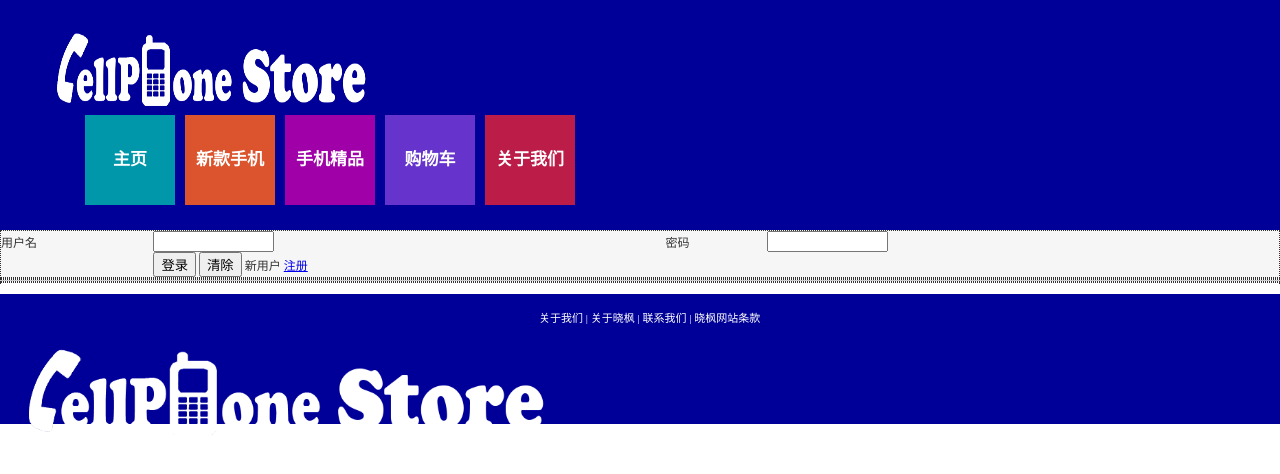
Repository: Jefsky/phonemarket
Page: http://localhost/phonemarket/user/index.jsp
An editor plug-in stored every save of this project. The page is shown before and after the next save, followed by the edit.
The browser window is 1280 px wide. The pictures show the whole page.
The page is served by Tomcat 9. Other server files are loaded and not shown. Queries for data that is not in the repository find no rows.

Above is the page before, as saved 2014-06-26 01:55:54.

### phonemarket/phonemarket/WebContent/user/index.jsp
<%@ page language="java" contentType="text/html; charset=UTF-8"
    pageEncoding="UTF-8"%>
    <%@ page import="cn.huateng.dao.impl.PhoneInfoDAOImpl,cn.huateng.bean.Phone,java.util.ArrayList,cn.huateng.bean.Company,cn.huateng.dao.impl.CompanyDAOImpl" %>
<!DOCTYPE html PUBLIC "-//W3C//DTD HTML 4.01 Transitional//EN" "http://www.w3.org/TR/html4/loose.dtd">
<html>
<head>
<meta http-equiv="Content-Type" content="text/html; charset=UTF-8">
<link rel="stylesheet" type="text/css" href="../css/main.css">
<title>化腾晓枫手机商城官网</title>
</head>
<body>
<%
	String op = request.getParameter("op");
	if("exit".equals(op)){
		session.removeAttribute("userid");
	}
	String error = request.getParameter("error");
	if(error!=null&&"queryUP_er".equals(error)){
%>
	<script type="text/javascript">
		alert("用户名或者密码错误");
	</script>
<%
	}
	if(error!=null&&"pwedit_error".equals(error)){
%>
	<script type="text/javascript">
		alert("用户密码修改失败");
	</script>
<%
	}
	if(error!=null&&"userInfoEdit_error".equals(error)){
%>
	<script type="text/javascript">
		alert("用户个人信息修改失败");
	</script>
<%
	}
%>

<div >
					<jsp:include page="top.jsp" />
					<jsp:include page="login.jsp"/>

</div>

		<table width="100%" border="0" cellpadding="0" cellspacing="0"
										class="td">
	<%
		PhoneInfoDAOImpl phoneInfoDAOImpl = new PhoneInfoDAOImpl();
		ArrayList<Phone> ls_ephone = phoneInfoDAOImpl.queryPhoneByType(1);
		if(ls_ephone!=null){
			for(int i=0; i<(ls_ephone.size()>4?4:ls_ephone.size()); ){
	%>
								<tr>
	<%
		int count = 2;
		while(count>0){
			if(i<ls_ephone.size()){
				Phone phone = ls_ephone.get(i);
				i++;
	%>
	<td width="50%">
	<table width="100%" border="0" cellpadding="0" cellspacing="0"
										class="td">
											<tr>
												<td  width="30%" rowspan="5">
													<a href="phonedetail.jsp?phoneid=<%=phone.getPhoneid()%>">
													<img src="../image/<%=phone.getPicture() %>" width="230"
													height="323" border="0"></a>
												</td>

												<td width="80"><div align="left">型号</div></td>
												<td ><%=phone.getPhonename() %></td>
											</tr>
											<tr>
												<td width="80"><div align="left">平台</div></td>
												<td ><%=phone.getPlatform() %></td>
											</tr>
											<tr>
												<td><div align="left">公司</div></td>
<%
	CompanyDAOImpl companyDAOImpl =new CompanyDAOImpl();
	Company company = companyDAOImpl.cQueryById(phone.getCompanyid());
	if(company!=null){
%>
												<td width="80"><%=company.getName() %></td>
<%
	}
%>
											</tr>
											<tr>
												<td width="80"><div align="left">屏幕</div></td>
												<td ><%=phone.getDisplay() %>英寸</td>
											</tr>
											<tr>
												<td width="80"><div align="left">定价</div></td>
												<td><%=phone.getPrice() %>元</td>
											</tr>
											<tr>
												<td colspan="2"><div align="center" float="right">
													<a href="/phonemarket/AddtoCartServlet?phoneid=<%=phone.getPhoneid()%>">放入购物车</a>&nbsp;&nbsp;
													<a href="phonedetail.jsp?phoneid=<%=phone.getPhoneid() %>">查看详情</a>
												</div></td>
											</tr>
										</table>
									</td>

<%
			}else{
%>
						<td width="50%"></td>
<%
			}
		count--;
		}
%>
				</tr>
<%
			}
		}
%>

		    				</table>
		    			</td>
		    			<td width="1" bgcolor="#999999"></td>
		    		</tr>
		    		<tr bgcolor="#999999"><td height="1" colspan="3" nowrap></td>
		    		</tr>
		    	</table>
		    	<table width="100%" border="0" cellspacing="0" cellpadding="0">
			    		<tr>
		    			<td height="1" nowrap bgcolor="#CCCCCC"></td>
		    		</tr>
		    	</table>
		    	<table width="100%" border="0" cellspacing="0" cellpadding="0">
		    		<tr bgcolor="#999999"></tr>
		    		<tr>
		    			<td width="0" nowrap bgcolor="#999999"></td>
		    			<td>
		    				<table width="100%" border="0" cellspacing="0" cellpadding="0" class="td">

	<%
		PhoneInfoDAOImpl phoneInfoDAOImpl2 = new PhoneInfoDAOImpl();
		ArrayList<Phone> ls_ephone2 = phoneInfoDAOImpl2.queryPhoneByType(2);
		if(ls_ephone!=null){
			for(int i=0; i<(ls_ephone2.size()>4?4:ls_ephone2.size()); ){
	%>
								<tr>
	<%
		int count = 2;
		while(count>0){
			if(i<ls_ephone2.size()){
				Phone phone2 = ls_ephone2.get(i);
				i++;
	%>

									<td width="50%">
										<table width="100%" border="0" cellpadding="0" cellspacing="0"
										class="td">
											<tr>
												<td width="30%" rowspan="5">
													<a href="phonedetail.jsp?phoneid=<%=phone2.getPhoneid()%>">
													<img src="../image/<%=phone2.getPicture() %>" width="230"
													height="323" border="0"></a>
												</td>
												<td width="25%"><div align="left">型号</div></td>
												<td><%=phone2.getPhonename() %></td>
											</tr>
											<tr>
												<td width="25%"><div align="left">平台</div></td>
												<td><%=phone2.getPlatform() %></td>
											</tr>
											<tr>
												<td width="25%"><div align="left">公司</div></td>
<%
	CompanyDAOImpl companyDAOImpl2 =new CompanyDAOImpl();
	Company company2 = companyDAOImpl2.cQueryById(phone2.getCompanyid());
	if(company2!=null){
%>
												<td><%=company2.getName() %></td>
<%
	}
%>
											</tr>
											<tr>
												<td width="25%"><div align="left">屏幕</div></td>
												<td><%=phone2.getDisplay() %>英寸</td>
											</tr>
											<tr>
												<td width="25%"><div align="left">定价</div></td>
												<td><%=phone2.getPrice() %>元</td>
											</tr>
											<tr>
												<td colspan="2"><div align="center">
													<a href="/phonemarket/AddtoCartServlet?phoneid=<%=phone2.getPhoneid()%>">放入购物车</a>&nbsp;&nbsp;
													<a href="phonedetail.jsp?phoneid=<%=phone2.getPhoneid() %>">查看详情</a>
												</div></td>
											</tr>
										</table>
									</td>

<%
			}else{
%>
						<td width="50%"></td>
<%
			}
		count--;
		}
%>
				</tr>
<%
			}
		}
%>

		    				</table>





<div>
					<jsp:include page="bottom.jsp" />
</div>
</body>
</html>

### phonemarket/phonemarket/WebContent/user/top.jsp
<%@ page language="java" contentType="text/html; charset=UTF-8"
    pageEncoding="UTF-8"%>
<!DOCTYPE html PUBLIC "-//W3C//DTD HTML 4.01 Transitional//EN" "http://www.w3.org/TR/html4/loose.dtd">
<html>
<head>
<meta http-equiv="Content-Type" content="text/html; charset=UTF-8">
<title>Cellphone Store</title>
<link rel="stylesheet" type="text/css" href="../css/top.css"/>
</head>
<body>
<div class = "navigation">
	<div id="logo">
		<span><img src="../image/logo.png" width="350" height="85"></span>
	</div>
	<ul id="color">
		<li class = "color1"><a href = "index.jsp">主页</a></li>
		<li><a>新款手机</a></li>
		<li class = "color2"><a href = "../admin/index.jsp">手机精品</a></li>
		<li class = "color3"><a href = "shoppingcart.jsp">购物车</a></li>
		<li class = "color4"><a href = "#">关于我们</a></li>
	</ul>


</div>

</body>
</html>

### phonemarket/phonemarket/WebContent/user/login.jsp
<%@ page contentType="text/html; charset=utf-8" language="java" import="java.sql.*" errorPage="" %>
<!DOCTYPE html PUBLIC "-//W3C//DTD XHTML 1.0 Transitional//EN" "http://www.w3.org/TR/xhtml1/DTD/xhtml1-transitional.dtd">
<html xmlns="http://www.w3.org/1999/xhtml">
<head>
<meta http-equiv="Content-Type" content="text/html; charset=utf-8" />
<title>login</title>
<SCRIPT LANGUAGE="javascript">
<!--
	function CheckSubmit(thisform){ //focus()方法，将光标定位于输出栏目
		with(thisform){
			if(userid.value==null || userid.value=="" ){
				alert("请输入用户名!");
				userid.focus();
				return false;
			}else if(userid.value.indexOf("'")!=-1){
				alert("用户名不能包含单引号,空格等字符!");
				userid.focus();
				return false;
			}
			if(password.value==null || password.value=="" ){
				alert("请输入密码!");
				password.focus();
				return false;
			}
		}
		return true;
	}
//-->
</SCRIPT>
</head>

<body>
<%
	String s_userid=(String)session.getAttribute("userid");
	if(s_userid==null){
%>
<form name="loginform" action="/phonemarket/QueryByIdPwServlet" method="post" onsubmit="return CheckSubmit(this)">
	<table width="100%" border="0" cellpadding="0" cellspacing="0" bgcolor="#f6f6f6" class="td">
		<tr>
			<td>用户名</td>
			<td><input name="userid" type="text" class="formtext" size="12"></td>
			<td >密码</td>
			<td ><input name="password" type="password" class="formtext" size="12"></td>
		</tr>
		<tr>
			<td>&nbsp;</td>
			<td colspan="4">
			 <input name="loginbutton" type="submit" value="登录">
			 <input type="reset" value="清除">
			 	新用户&nbsp;<a href="register.jsp">注册</a>
			</td>
		</tr>
	</table>
</form>
<%
	}else{
%>
	<table width="100%" border="0" cellpadding="0" bgcolor="#f6f6f6" class="td">
		<tr>
			<td width="30" colspan="4">&nbsp&nbsp&nbsp您好！<%=s_userid %>
			欢迎来到化腾晓枫手机商城</td>
		</tr>
		<tr>
			<td><a href="passwordedit.jsp">&nbsp&nbsp&nbsp修改登陆密码</a></td>
			<td><a href="userinfoedit.jsp">维护个人信息</a></td>
			<td><a href="myorder.jsp">查看历史订单</a></td>
			<td><a href="shoppingcart.jsp">查看购书车</a></td>
			<td><a href="index.jsp?op=exit">注销退出</a></td>
	</table>
<%
	}
%>
</body>
</html>

### phonemarket/phonemarket/WebContent/user/bottom.jsp
<%@ page language="java" contentType="text/html; charset=GB18030"
    pageEncoding="GB18030"%>
<!DOCTYPE html PUBLIC "-//W3C//DTD HTML 4.01 Transitional//EN" "http://www.w3.org/TR/html4/loose.dtd">
<html>
<head>
<link rel="stylesheet" type="text/css" href="../css/bottom.css">
<meta http-equiv="Content-Type" content="text/html; charset=ISO-8859-1">
<title>bottom</title>
</head>
<body>
<div class="foot">

 <p>&nbsp&nbsp&nbsp&nbsp&nbsp&nbsp 关于我们 | 关于晓枫 | 联系我们 | 晓枫网站条款</p>
<div id="logo">
		<span><img src="../image/logo.png" width="584" height="100px"></span>
	</div>
</div>
</body>
</html>

### phonemarket/phonemarket/src/cn/huateng/dao/impl/PhoneInfoDAOImpl.java
package cn.huateng.dao.impl;

	import java.sql.Connection;
import java.sql.PreparedStatement;
import java.sql.ResultSet;
import java.sql.SQLException;
import java.util.ArrayList;



import cn.huateng.bean.Phone;
import cn.huateng.dbc.DBConnection;

	public class PhoneInfoDAOImpl {
		public int insertPhone(Phone phone){
			int line=0;
			Connection conn=null;
			PreparedStatement ppsm=null;
			DBConnection dbconn=new DBConnection();
			if(dbconn!=null){
				conn=dbconn.getConn();
				if(conn!=null){
					String sql="insert into phone(phoneid,phonename,platform,weight,display,camera,ram,massmenory,companyid,price,quantity,picture,type) values(?,?,?,?,?,?,?,?,?,?,?,?,?)";
					try{
						ppsm =conn.prepareStatement(sql);
						ppsm.setString(1,phone.getPhoneid());
						ppsm.setString(2,phone.getPhonename());
						ppsm.setString(3,phone.getPlatform());
						ppsm.setString(4,phone.getWeight());
						ppsm.setString(5,phone.getDisplay());
						ppsm.setString(6,phone.getCamera());
						ppsm.setString(7,phone.getRam());
						ppsm.setString(8,phone.getMassmenory());
						ppsm.setInt(9,phone.getCompanyid());
						ppsm.setFloat(10,phone.getPrice());
						ppsm.setInt(11,phone.getQuantity());
						ppsm.setString(12,phone.getPicture());
						ppsm.setInt(13,phone.getType());
						line= ppsm.executeUpdate();
						}catch(SQLException e){
						e.printStackTrace();
						}finally{
							try {
								if(ppsm!=null){
										ppsm.close();
									}
								conn.close();}
							catch (SQLException e) {
								// TODO Auto-generated catch block
								e.printStackTrace();
							}
						}

				}
			}
			return line;
		}
		public ArrayList<Phone> queryPhone(){
			ArrayList<Phone> phoneList=new ArrayList<Phone>();
			Connection conn=null;
			Phone phone;
			PreparedStatement ppsm=null;
			ResultSet rs = null;
			DBConnection dbconn=new DBConnection();
				if(dbconn!=null){
					conn=dbconn.getConn();
				//쌈淪쏵契꿴璂꾸鱗ResultSet
					if(conn!=null){
						String sql="select * from phone";
						try {
							ppsm=conn.prepareStatement(sql);
							rs=ppsm.executeQuery();
							//離빈겉꿴璂써벎섞瘻뻣槨ArrayList<UserInfo>잚謹럿쀼.
							while (rs.next()){
								phone =new Phone();
								phone.setPhoneid(rs.getString(1));
								phone.setPhonename(rs.getString(2));
								phone.setPlatform(rs.getString(3));
								phone.setWeight(rs.getString(4));
								phone.setDisplay(rs.getString(5));
								phone.setCamera(rs.getString(6));
								phone.setRam(rs.getString(7));
								phone.setMassmenory(rs.getString(8));
								phone.setCompanyid(rs.getInt(9));
								phone.setPrice(rs.getFloat(10));
								phone.setQuantity(rs.getInt(11));
								phone.setPicture(rs.getString(12));
								phone.setType(rs.getInt(13));
								phoneList.add(phone);
							}

						}catch (SQLException e) {
							// TODO Auto-generated catch block
							e.printStackTrace();
						}finally{
							if(rs!=null){
								try {
									rs.close();
									if(ppsm!=null){
									ppsm.close();
									}
									if(conn!=null){
										conn.close();
									}
								} catch (SQLException e) {
									// TODO Auto-generated catch block
									e.printStackTrace();
								}
							}

						}
				}
			}
			return phoneList;
		}
		public int pDeleteById(String phoneid){
			int line = 0;
			Connection conn=null;
			PreparedStatement ppsm=null;
			DBConnection dbconn=new DBConnection();
			if(dbconn!=null){
				conn=dbconn.getConn();
				if(conn!=null){
					String sql="delete from phone where phoneid=?";
					try {
						ppsm =conn.prepareStatement(sql);
						ppsm.setString(1,phoneid);
						line=ppsm.executeUpdate();
					} catch (SQLException e) {
						// TODO Auto-generated catch block
						e.printStackTrace();
					}finally{
						try {
						if(ppsm!=null){
								ppsm.close();
							}
							conn.close();}
						catch (SQLException e) {
								// TODO Auto-generated catch block
								e.printStackTrace();
							}
						}
				}
			}
			return line;
		}
		//錦맣꾸鱗，邱쏵契寧늴꿴璂꾸鱗bQueryById()，
		//UpdatePhoneServlet錦맣꾸鱗，딧痰UpdatePhone()
		public Phone pQueryById(String phoneid){
			Phone phone = new Phone();
			Connection conn=null;
			PreparedStatement ppsm=null;
			ResultSet rs = null;
			DBConnection dbconn=new DBConnection();
				if(dbconn!=null){
					conn=dbconn.getConn();
					if(conn!=null){
						String sql="select * from phone where phoneid =?";
						try {
							ppsm=conn.prepareStatement(sql);
							ppsm.setString(1,phoneid);
							rs=ppsm.executeQuery();
							if (rs.next()){
								phone.setPhoneid(rs.getString(1));
								phone.setPhonename(rs.getString(2));
								phone.setPlatform(rs.getString(3));
								phone.setWeight(rs.getString(4));
								phone.setDisplay(rs.getString(5));
								phone.setCamera(rs.getString(6));
								phone.setRam(rs.getString(7));
								phone.setMassmenory(rs.getString(8));
								phone.setCompanyid(rs.getInt(9));
								phone.setPrice(rs.getFloat(10));
								phone.setQuantity(rs.getInt(11));
								phone.setPicture(rs.getString(12));
								phone.setType(rs.getInt(13));
							}

						}catch (SQLException e) {
							// TODO Auto-generated catch block
							e.printStackTrace();
						}finally{
							if(rs!=null){
								try {
									rs.close();
									if(ppsm!=null){
									ppsm.close();
									}
									if(conn!=null){
										conn.close();
									}
								} catch (SQLException e) {
									// TODO Auto-generated catch block
									e.printStackTrace();
								}
							}

						}
				}
			}
			return phone;
		}
		//횔빈疼契瘻돕錦맣女충updatePhone.jsp[송목、鑒좆、깃羚、닸렴뒈렘된斤口]
		public int updatePhone(Phone phone){
			int line=0;
			Connection conn=null;
			PreparedStatement ppsm=null;
			DBConnection dbconn=new DBConnection();
			if(dbconn!=null){
				conn=dbconn.getConn();
				if(conn!=null){
					String sql="update phone set price = ?,quantity = ? where phoneid = ?";
					try {
						ppsm =conn.prepareStatement(sql);
						ppsm.setFloat(1, phone.getPrice());
						ppsm.setInt(2, phone.getQuantity());
						ppsm.setString(3,phone.getPhoneid());
						line=ppsm.executeUpdate();
					} catch (SQLException e) {
						// TODO Auto-generated catch block
						e.printStackTrace();
					}finally{
						try {
						if(ppsm!=null){
								ppsm.close();
							}
							conn.close();}
						catch (SQLException e) {
								// TODO Auto-generated catch block
								e.printStackTrace();
							}
						}
				}
			}
			return line;
		}
		public ArrayList<Phone> queryPhoneByType(int type){
			ArrayList<Phone> phoneList=new ArrayList<Phone>();
			Connection conn=null;
			Phone phone;
			PreparedStatement ppsm=null;
			ResultSet rs = null;
			DBConnection dbconn=new DBConnection();
				if(dbconn!=null){
					conn=dbconn.getConn();
					if(conn!=null){
						String sql="select * from phone where type=?";
						try {
							ppsm=conn.prepareStatement(sql);
							ppsm.setInt(1,type);
							rs=ppsm.executeQuery();
							while (rs.next()){
								phone =new Phone();
								phone.setPhoneid(rs.getString(1));
								phone.setPhonename(rs.getString(2));
								phone.setPlatform(rs.getString(3));
								phone.setWeight(rs.getString(4));
								phone.setDisplay(rs.getString(5));
								phone.setCamera(rs.getString(6));
								phone.setRam(rs.getString(7));
								phone.setMassmenory(rs.getString(8));
								phone.setCompanyid(rs.getInt(9));
								phone.setPrice(rs.getFloat(10));
								phone.setQuantity(rs.getInt(11));
								phone.setPicture(rs.getString(12));
								phone.setType(rs.getInt(13));
								phoneList.add(phone);
							}

						}catch (SQLException e) {
							// TODO Auto-generated catch block
							e.printStackTrace();
						}finally{
							if(rs!=null){
								try {
									rs.close();
									if(ppsm!=null){
									ppsm.close();
									}
									if(conn!=null){
										conn.close();
									}
								} catch (SQLException e) {
									// TODO Auto-generated catch block
									e.printStackTrace();
								}
							}

						}
				}
			}
			return phoneList;
		}
		public int UpdatePhoneQuantity(String phoneid, int updatenum){
			int line = 0;
			Phone phone=pQueryById(phoneid);
			int phonenum = phone.getQuantity()+updatenum;
			if(phonenum>=0){
				phone.setQuantity(phonenum);
				line = updatePhone(phone);
			}
			return line;
		}
	}

### phonemarket/phonemarket/src/cn/huateng/dbc/DBConnection.java
package cn.huateng.dbc;

import java.sql.Connection;
import java.sql.DriverManager;
import java.sql.SQLException;

public class DBConnection {
	private Connection conn;
	private static final String DBDRIVER ="com.microsoft.sqlserver.jdbc.SQLServerDriver";
	private static final String DBURL = "jdbc:sqlserver://127.0.0.1:1433;databaseName=phonemarket";
	private static final String DBUSER="sa";
	private static final String DBPW="123456";
	public DBConnection(){
		try {
			Class.forName(DBDRIVER);
		} catch (ClassNotFoundException e1) {
			// TODO Auto-generated catch block
			e1.printStackTrace();
		}
		try {
			conn=(DriverManager.getConnection(DBURL,DBUSER,DBPW));
		} catch (SQLException e) {
			// TODO Auto-generated catch block
			e.printStackTrace();
		}

	}
	public Connection getConn() {
		return conn;
	}

}

### phonemarket/phonemarket/WebContent/css/main.css
@charset "utf-8";
/* CSS Document */

.td{
	border: 1px dotted;
	font-family: "宋体";
	font-size: 12px;
	color: #333333;
	text-decoration: none;
}

### phonemarket/phonemarket/WebContent/css/top.css
body{
	margin : 0px;
	padding : 0;
}

/* ====== Navigation Main ====== */
div.navigation{
	font-family:"微软雅黑 Light", cursive;
	background-color:#009;
	padding-top : 30px;
	padding-bottom : 30px;
	height:170px;
	font-weight: bolder;
}

/* ====== Navigation Menu ====== */
div.navigation>ul{
	margin : 0px;

}

div.navigation>ul>li{
	list-style : none;
	display : inline-block;
	height : 90px;
	width : 90px;
	background-color : #DB542D;
	text-align : center;
	line-height : 90px;
	margin-top : 2px;
	margin-bottom : 2px;
}

div.navigation ul li a{
	cursor : pointer;
}

div.navigation>ul>li>a{
	position : relative;
	display : block;
	color:#FFF;
	font-size : 17px;
	text-decoration : none;
}



/* ====== Color class ======*/
div.navigation .color1{
	background-color : #0097aa;
}

div.navigation .color2{
	background-color : #9f00a7;
}

div.navigation .color3{
	background-color: #63C;
}

div.navigation .color4{
	background-color : #bb1d48;
}

/* ====== title span ====== */

div.navigation span{
	position : relative;
	font-family : 'Open Sans';
	font-weight : 300;
	font-size : 16px;
	margin-left : 40px;
	font-size : 28px;
	color : white;
}



#color{ margin-left:40px;}
#color li{  float:left; margin:0 5px;}
div.navigation ul li a:hover{ background-color: #CCC; color:#00C;}
#logo{ width:100%;}

### phonemarket/phonemarket/WebContent/css/bottom.css
@charset "utf-8";
/* CSS Document */

body{
	margin : 0px;
	padding : 0;
}

.foot{ width:100%; margin-top:10px; background-color:#009; height:130px;}
p{text-align:center; color: #FFF;  font-size:11px;padding:15px 0px 10px 0px;}
#logo{
	display:block;
	float:left;

	}

After the next save:
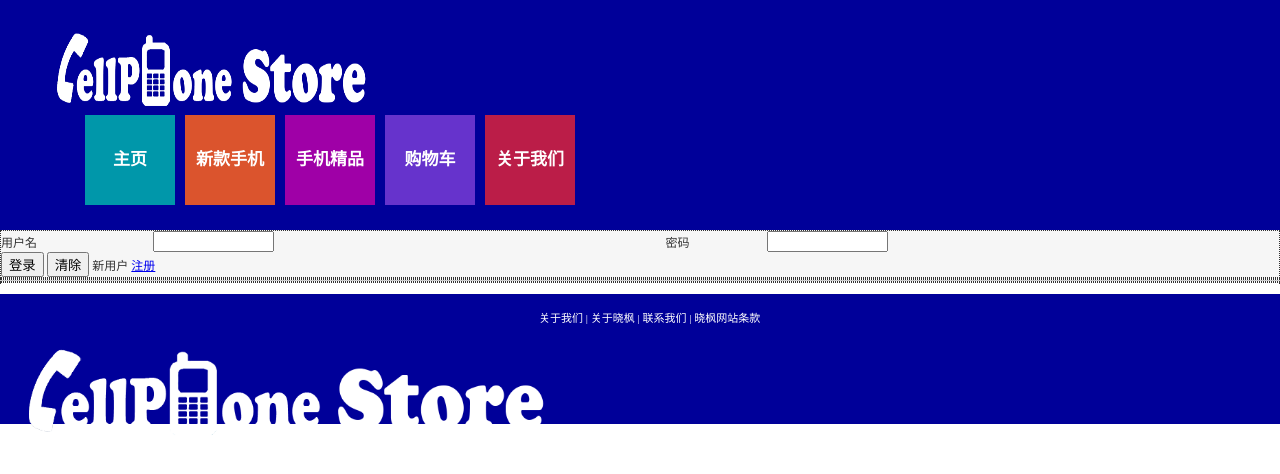
Saved 18 s later.
--- a/phonemarket/phonemarket/WebContent/user/login.jsp
+++ b/phonemarket/phonemarket/WebContent/user/login.jsp
@@ -43,7 +43,6 @@
 			<td ><input name="password" type="password" class="formtext" size="12"></td>
 		</tr>
 		<tr>
-			<td>&nbsp;</td>
 			<td colspan="4">
 			 <input name="loginbutton" type="submit" value="登录">
 			 <input type="reset" value="清除">
